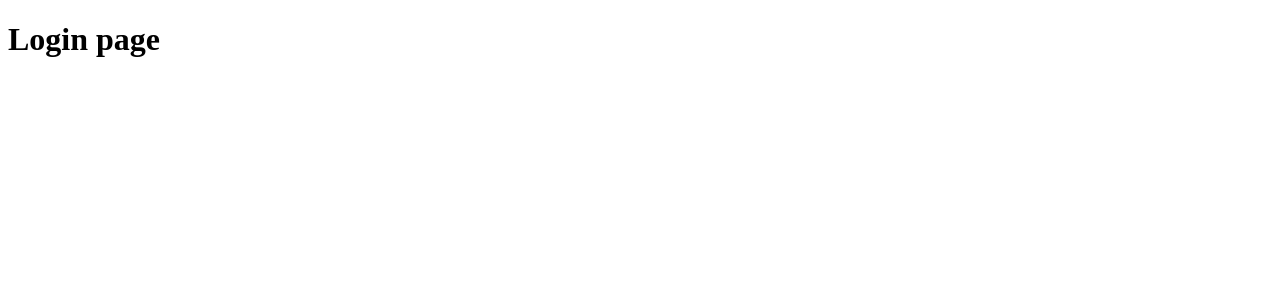
Repository: iamsamitdev/java_class_rd
Page: http://localhost/LoginWithJSP/
The author's editor kept a copy of each file at every save. The page is drawn from the files as they stood at one save, then again after the next save.
The browser window is 1280 px wide. The pictures show the whole page.
The page is served by Tomcat 9.

Above is the page before, as saved 2020-03-11 08:43:49.

### JSP/LoginWithJSP/WebContent/index.jsp
<%@ page language="java" contentType="text/html; charset=UTF-8"
    pageEncoding="UTF-8"%>
<!DOCTYPE html>
<html>
<head>
<meta charset="UTF-8">
<title>Login</title>
<link  href="assets/bootstrap/css/bootstrap.min.css">
</head>
<body>
	<h1>Login page</h1>
</body>
</html>

Loaded but not shown: JSP/LoginWithJSP/WebContent/assets/bootstrap/css/bootstrap.min.css (library)

After the next save:
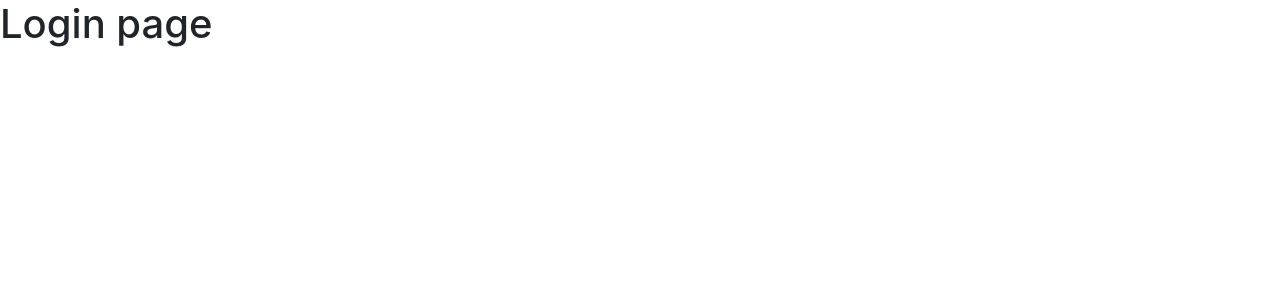
Saved 104 s later.
--- a/JSP/LoginWithJSP/WebContent/index.jsp
+++ b/JSP/LoginWithJSP/WebContent/index.jsp
@@ -5,7 +5,7 @@
 <head>
 <meta charset="UTF-8">
 <title>Login</title>
-<link  href="assets/bootstrap/css/bootstrap.min.css">
+<link rel="stylesheet" type="text/css"  href="assets/bootstrap/css/bootstrap.min.css">
 </head>
 <body>
 	<h1>Login page</h1>
